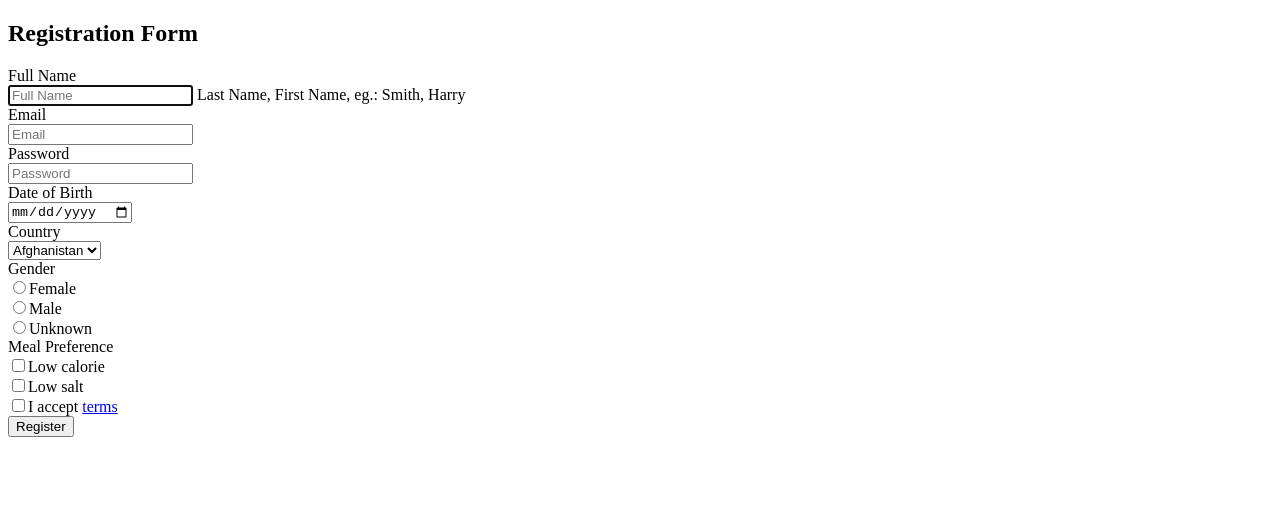
Repository: irfanhabib0/Final-JustBlog
Page: JustBlogFrontEnd/WebContent/user/registration.html
The author's editor kept a copy of each file at every save. The page is drawn from the files as they stood at one save, then again after the next save.
The browser window is 1280 px wide. The pictures show the whole page.

Above is the page before, as saved 2017-05-19 11:07:13.

After the next save:
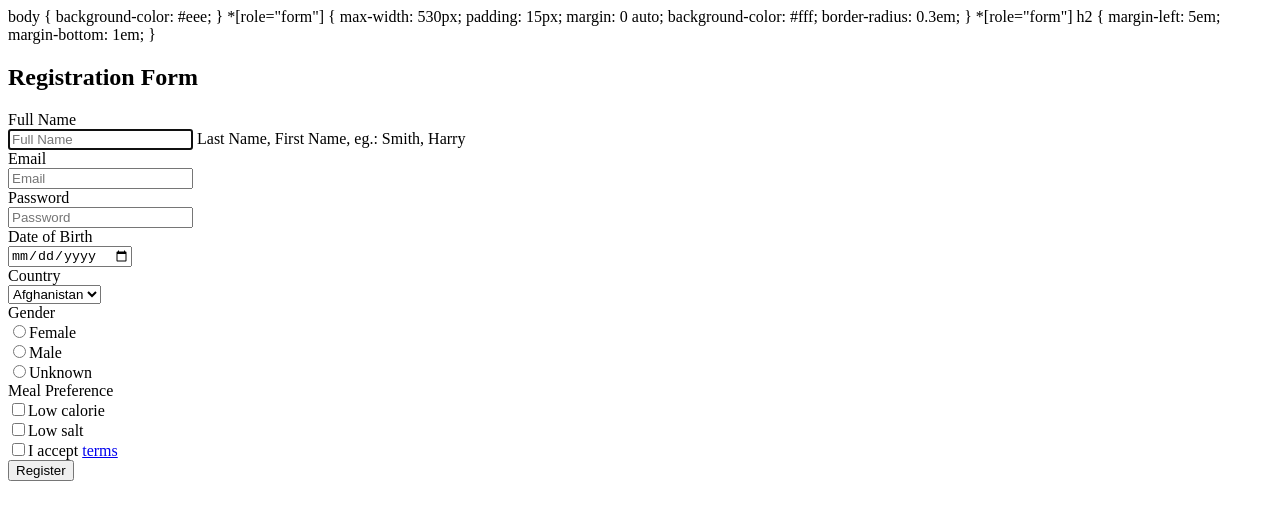
Saved 76 s later.
--- a/JustBlogFrontEnd/WebContent/user/registration.html
+++ b/JustBlogFrontEnd/WebContent/user/registration.html
@@ -3,7 +3,22 @@
 <head>
 <meta charset="ISO-8859-1">
 <title>Insert title here</title>
+body {
+    background-color: #eee;
+}
 
+*[role="form"] {
+    max-width: 530px;
+    padding: 15px;
+    margin: 0 auto;
+    background-color: #fff;
+    border-radius: 0.3em;
+}
+
+*[role="form"] h2 {
+    margin-left: 5em;
+    margin-bottom: 1em;
+}
 </head>
 <body>
 <div class="container">
